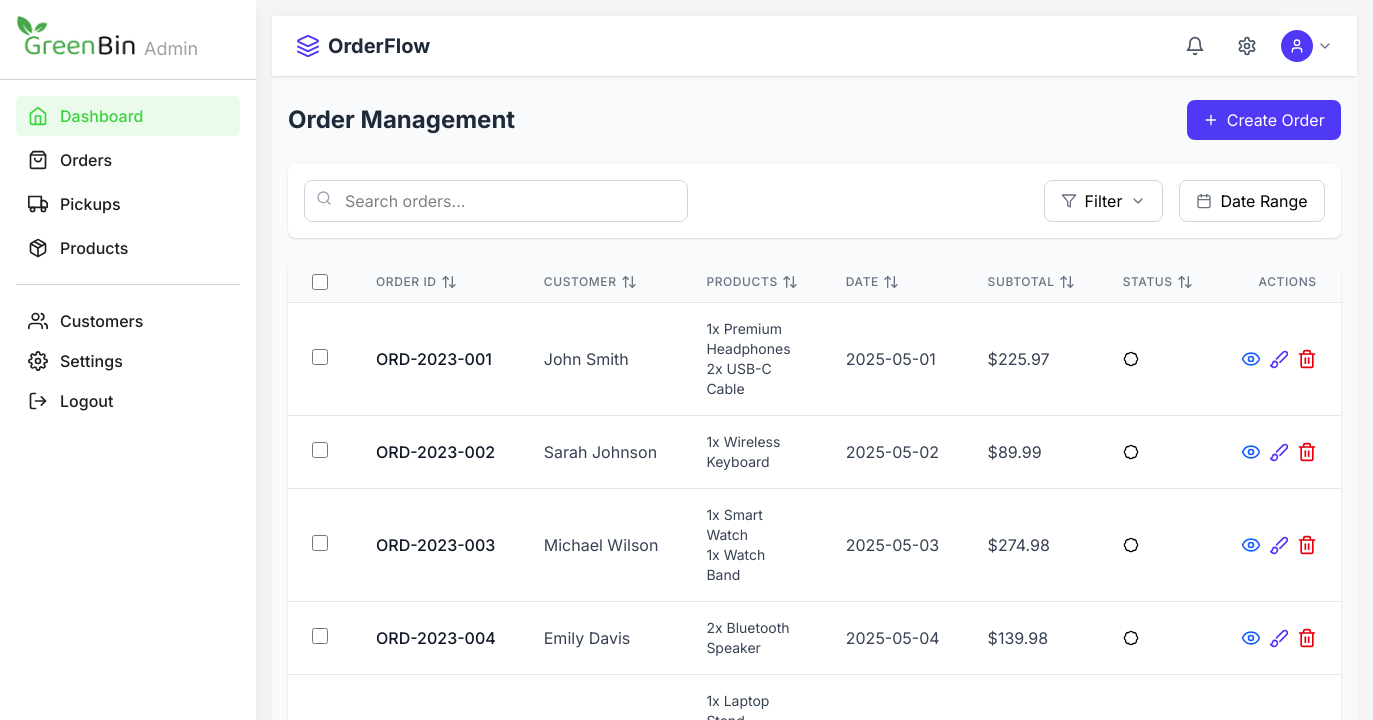
Repository: Siddhu123456/Plastic-Waste-Management
Page: /allorders (app in frontend/)
An editor plug-in stored every save of this project. The page is shown before and after the next save, followed by the edit.
The browser window is 1280 px wide. The page is 1373 px wide, so the pictures cover 1373 px, including what lies to the right of the window. The pictures show the whole page.
An inner scrolling area shows only its first screen. The project was rebuilt for these pictures with package versions that can differ from the ones it lists, and the page was loaded fresh each time. Also part of the build but not shown: frontend/vite.config.js, frontend/src/components/ProductCard.jsx, frontend/src/components/TrendingProductsCarousel.jsx, frontend/src/pages/Home.jsx, frontend/src/components/FilterBar.jsx, frontend/src/components/Loader.jsx, frontend/src/pages/customer/Shop.jsx, frontend/src/pages/customer/Recycle.jsx and 24 more. Imported but missing from the stored project, and not drawn on this page: frontend/src/pages/Help, frontend/src/pages/customer/WishList.

Above is the page before, as saved 2025-05-06 20:08:42.

After the next save:
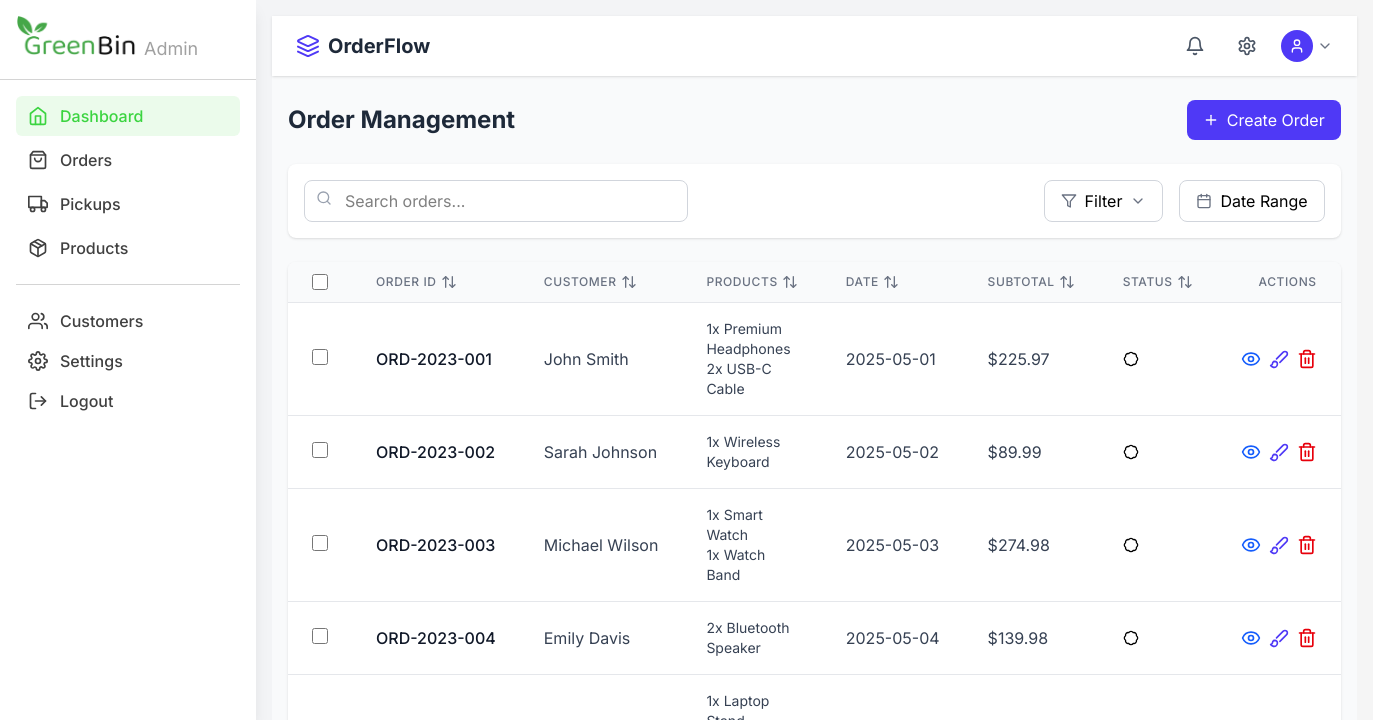
Saved 13 s later.
--- a/frontend/src/components/SidebarItem.jsx
+++ b/frontend/src/components/SidebarItem.jsx
@@ -3,7 +3,7 @@ const SidebarItem = ({ icon, title, active, onClick }) => {
       <button
         onClick={onClick}
         className={`flex items-center w-full px-3 py-2 rounded-md transition-colors ${
-          active ? 'bg-lgg/10 text-lgg' : 'text-tc hover:bg-lgg/5'
+          active ? 'bg-lgg/10 text-lgg' : 'text-neutral-700 hover:bg-lgg/5'
         }`}
       >
         <span className="mr-3">{icon}</span>
